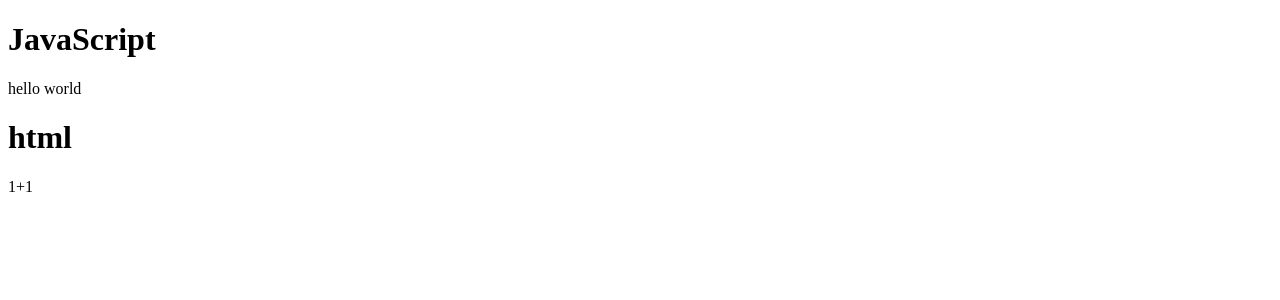
Repository: youngsik0405/Web-study
Page: Practice/WebContent/ex1.html
An editor plug-in stored every save of this project. The page is shown before and after the next save, followed by the edit.
The browser window is 1280 px wide. The pictures show the whole page.

Above is the page before, as saved 2025-01-23 10:52:26.

### Practice/WebContent/ex1.html
<!DOCTYPE html>
<html>
<head>
<meta charset="UTF-8">
<title>ex1.html</title>
</head>
<body>
	<h1>JavaScript</h1>
	<script type="text/javascript">
		document.write('hello world');
	</script>
	<h1>html</h1>
	1+1
</body>
</html>

After the next save:
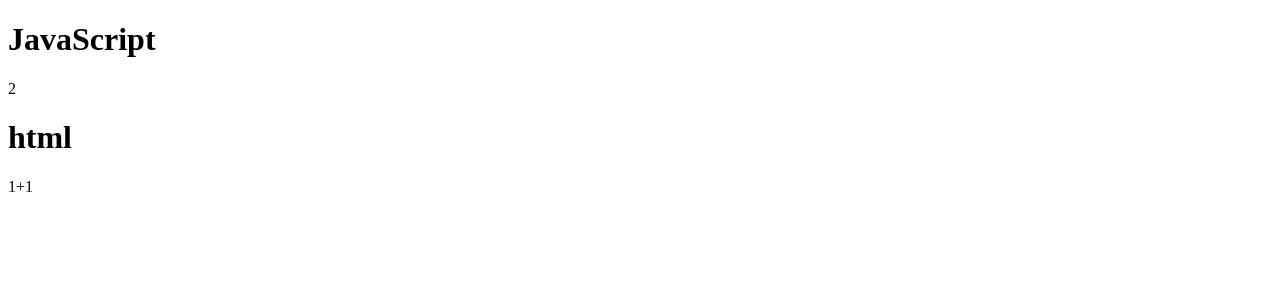
Saved 19 s later.
--- a/Practice/WebContent/ex1.html
+++ b/Practice/WebContent/ex1.html
@@ -7,7 +7,7 @@
 <body>
 	<h1>JavaScript</h1>
 	<script type="text/javascript">
-		document.write('hello world');
+		document.write(1+1);
 	</script>
 	<h1>html</h1>
 	1+1
